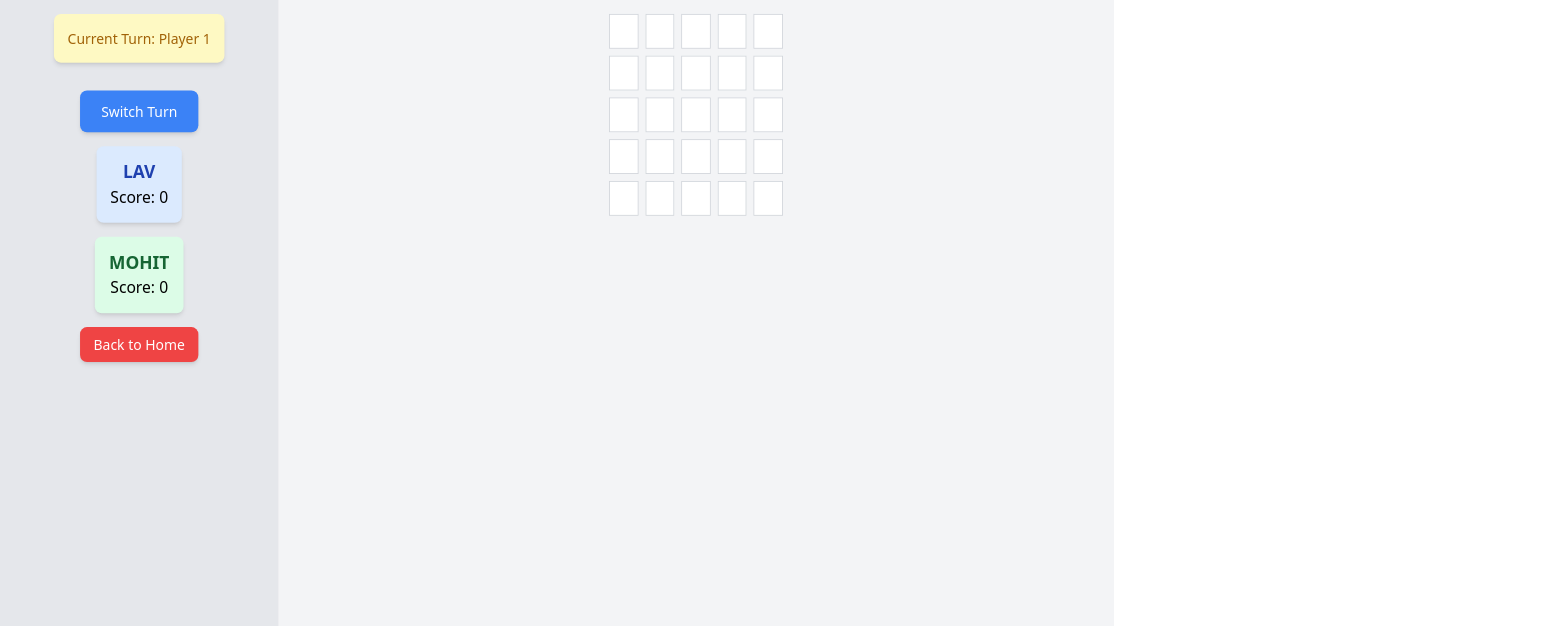
Repository: mohitagrawal0412/Lexicon-Duel
Page: /, after clicking the first element matching `button.px-4`
The author's editor kept a copy of each file at every save. The page is drawn from the files as they stood at one save, then again after the next save.
The browser window is 1280 px wide. The page is 1280 px wide, then 1798 px, so the pictures cover 1798 px, including what lies to the right of the window. The pictures show the whole page, at 87% of full size.
The project was rebuilt for these pictures with package versions that can differ from the ones it lists, and the page was loaded fresh each time. Also part of the build but not shown: vite.config.js.

Above is the page before, as saved 2025-01-21 21:30:25.

### src/App.jsx
import { useState } from 'react'
import HomePage from './HomePage'

function App() {
  const [count, setCount] = useState(0)


  return (
    <>


      <HomePage />
    </>
  )
}

export default App

### src/HomePage.jsx
import React, { useState } from 'react';
import Grid from './Grid';

const HomePage = () => {
    const [gridSize, setGridSize] = useState(5); // Default grid size is 5x5
    const [showGrid, setShowGrid] = useState(false); // Toggle between home and grid

    // Render Grid if `showGrid` is true
    if (showGrid) {
        return <Grid size={gridSize} onBack={() => setShowGrid(false)} />;
    }

    // Render Home Page
    return (
        <>
            <div className="flex flex-col items-center justify-center min-h-screen bg-gray-100">
                {/* Title */}
                <p className="bg-red-500 text-center text-teal-400 text-2xl font-semibold p-4 rounded-lg shadow-md mb-6">
                    Welcome to Word Game
                </p>

                {/* Size Selector */}
                <p className="text-lg font-bold mb-4 text-gray-700">Select Grid Size</p>
                <div className="flex flex-wrap justify-center space-x-4 mb-6">
                    <button
                        className="px-4 py-2 bg-blue-500 text-white font-medium rounded-lg shadow-md hover:bg-blue-600 focus:outline-none focus:ring-2 focus:ring-blue-400"
                        onClick={() => {
                            setGridSize(5);
                            setShowGrid(true);
                        }}
                    >
                        5x5
                    </button>
                    <button
                        className="px-4 py-2 bg-green-500 text-white font-medium rounded-lg shadow-md hover:bg-green-600 focus:outline-none focus:ring-2 focus:ring-green-400"
                        onClick={() => {
                            setGridSize(6);
                            setShowGrid(true);
                        }}
                    >
                        6x6
                    </button>
                    <button
                        className="px-4 py-2 bg-purple-500 text-white font-medium rounded-lg shadow-md hover:bg-purple-600 focus:outline-none focus:ring-2 focus:ring-purple-400"
                        onClick={() => {
                            setGridSize(7);
                            setShowGrid(true);
                        }}
                    >
                        7x7
                    </button>
                    <button
                        className="px-4 py-2 bg-yellow-500 text-white font-medium rounded-lg shadow-md hover:bg-yellow-600 focus:outline-none focus:ring-2 focus:ring-yellow-400"
                        onClick={() => {
                            setGridSize(8);
                            setShowGrid(true);
                        }}
                    >
                        8x8
                    </button>
                    <button
                        className="px-4 py-2 bg-indigo-500 text-white font-medium rounded-lg shadow-md hover:bg-indigo-600 focus:outline-none focus:ring-2 focus:ring-indigo-400"
                        onClick={() => {
                            setGridSize(9);
                            setShowGrid(true);
                        }}
                    >
                        9x9
                    </button>
                    <button
                        className="px-4 py-2 bg-teal-500 text-white font-medium rounded-lg shadow-md hover:bg-teal-600 focus:outline-none focus:ring-2 focus:ring-teal-400"
                        onClick={() => {
                            setGridSize(10);
                            setShowGrid(true);
                        }}
                    >
                        10x10
                    </button>
                    <button
                        className="px-4 py-2 bg-orange-500 text-white font-medium rounded-lg shadow-md hover:bg-orange-600 focus:outline-none focus:ring-2 focus:ring-orange-400"
                        onClick={() => {
                            setGridSize(11);
                            setShowGrid(true);
                        }}
                    >
                        11x11
                    </button>
                    <button
                        className="px-4 py-2 bg-pink-500 text-white font-medium rounded-lg shadow-md hover:bg-pink-600 focus:outline-none focus:ring-2 focus:ring-pink-400"
                        onClick={() => {
                            setGridSize(12);
                            setShowGrid(true);
                        }}
                    >
                        12x12
                    </button>
                </div>
            </div>
        </>

    );
};

export default HomePage;

### src/Grid.jsx
import React, { useState } from 'react';

const Grid = ({ size, onBack }) => {
    const [gridData, setGridData] = useState(
        Array.from({ length: size * size }, () => "")
    );
    const [selectedIndices, setSelectedIndices] = useState([]);
    const [isSelecting, setIsSelecting] = useState(false);
    const [selectionDirection, setSelectionDirection] = useState(null);
    const [selectedWord, setSelectedWord] = useState("");
    const [error, setError] = useState(null);
    const [playerScores, setPlayerScores] = useState({ player1: 0, player2: 0 });
    const [currentPlayer, setCurrentPlayer] = useState(1);
    const [player1HasPlayed, setPlayer1HasPlayed] = useState(false);
    const [player2HasPlayed, setPlayer2HasPlayed] = useState(false);

    const handleInputChange = (index, value) => {
        const updatedGrid = [...gridData];
        updatedGrid[index] = value.toUpperCase().charAt(0);
        setGridData(updatedGrid);

        // Mark that a player has inserted a character
        if (currentPlayer === 1) {
            setPlayer1HasPlayed(true);
        } else {
            setPlayer2HasPlayed(true);
        }
    };

    const handleMouseDown = (index) => {
        setSelectedIndices([index]);
        setIsSelecting(true);
        setSelectionDirection(null);
        setError(null);
    };

    const handleMouseEnter = (index) => {
        if (isSelecting) {
            const startIndex = selectedIndices[0];
            const rowStart = Math.floor(startIndex / size);
            const colStart = startIndex % size;
            const rowCurrent = Math.floor(index / size);
            const colCurrent = index % size;

            if (!selectionDirection) {
                if (rowStart === rowCurrent) {
                    setSelectionDirection('horizontal');
                } else if (colStart === colCurrent) {
                    setSelectionDirection('vertical');
                }
            }

            if (selectionDirection === 'horizontal' && rowStart === rowCurrent) {
                const minCol = Math.min(colStart, colCurrent);
                const maxCol = Math.max(colStart, colCurrent);
                const newSelected = Array.from(
                    { length: maxCol - minCol + 1 },
                    (_, i) => rowStart * size + minCol + i
                );
                setSelectedIndices(newSelected);
            } else if (selectionDirection === 'vertical' && colStart === colCurrent) {
                const minRow = Math.min(rowStart, rowCurrent);
                const maxRow = Math.max(rowStart, rowCurrent);
                const newSelected = Array.from(
                    { length: maxRow - minRow + 1 },
                    (_, i) => (minRow + i) * size + colStart
                );
                setSelectedIndices(newSelected);
            }
        }
    };

    const handleMouseUp = () => {
        setIsSelecting(false);
        setSelectionDirection(null);
    };

    const handleKeyPress = (e) => {
        if (e.key === "Enter") {
            const selectedChars = selectedIndices.map((index) => gridData[index]);
            if (selectedChars.includes("")) {
                setError("Invalid word: One or more selected cells are empty");
                setSelectedWord("");
            } else {
                const word = selectedChars.join('');
                setSelectedWord(word);
                setError(null);

                const wordLength = word.length;

                // Add score only if word is selected and no error
                if (!error && wordLength > 0) {
                    setPlayerScores((prevScores) => ({
                        ...prevScores,
                        [`player${currentPlayer}`]: prevScores[`player${currentPlayer}`] + wordLength,
                    }));
                }

                // Reset selected cells
                setSelectedIndices([]);
                setSelectedWord("");
            }
        }
    };

    // Switch player turn manually
    const handleSwitchTurn = () => {
        if ((currentPlayer === 1 && player1HasPlayed) || (currentPlayer === 2 && player2HasPlayed)) {
            setCurrentPlayer((prevPlayer) => (prevPlayer === 1 ? 2 : 1));
            setPlayer1HasPlayed(false);  // Reset the player 1 status
            setPlayer2HasPlayed(false);  // Reset the player 2 status
        } else {
            setError("Player must insert a character before switching turn");
        }
    };

    return (
        <div className="flex min-h-screen bg-gray-100">
            {/* Left Section for Player Info and Controls */}
            <div className="flex flex-col items-center p-4 space-y-4 w-1/4 bg-gray-200">
                {/* Current Player Indicator */}
                <div className="mb-4 p-4 bg-yellow-100 text-yellow-700 font-medium rounded-lg shadow-md">
                    <h3>Current Turn: Player {currentPlayer}</h3>
                </div>

                {/* Button to switch turn */}
                <button
                    onClick={handleSwitchTurn}
                    className="mt-4 px-6 py-3 bg-blue-500 text-white font-medium rounded-lg shadow-md hover:bg-blue-600 focus:outline-none focus:ring-2 focus:ring-blue-400"
                >
                    Switch Turn
                </button>

                {/* Player 1 Scorecard */}
                <div className="flex flex-col items-center bg-blue-100 p-4 rounded-lg shadow-md">
                    <h2 className="text-xl font-bold text-blue-800">LAV</h2>
                    <p className="text-lg font-medium">Score: {playerScores.player1}</p>
                </div>

                {/* Player 2 Scorecard */}
                <div className="flex flex-col items-center bg-green-100 p-4 rounded-lg shadow-md">
                    <h2 className="text-xl font-bold text-green-800">MOHIT</h2>
                    <p className="text-lg font-medium">Score: {playerScores.player2}</p>
                </div>

                <button
                    onClick={onBack}
                    className="px-4 py-2 bg-red-500 text-white font-medium rounded-lg shadow-md hover:bg-red-600 focus:outline-none focus:ring-2 focus:ring-red-400"
                >
                    Back to Home
                </button>
            </div>

            {/* Right Section for the Grid */}
            <div className="flex-1 flex flex-col items-center p-4">
                {/* Error Display */}
                {error && (
                    <div className="mb-4 p-4 bg-red-100 text-red-700 font-medium rounded-lg shadow-md">
                        {error}
                    </div>
                )}

                {/* Selected Word Display */}
                {selectedWord && !error && (
                    <div className="mb-4 p-4 bg-green-100 text-green-700 font-medium rounded-lg shadow-md">
                        Selected Word: {selectedWord}
                    </div>
                )}

                {/* Grid */}
                <div
                    className={`grid gap-2`}
                    style={{
                        gridTemplateColumns: `repeat(${size}, minmax(0, 1fr))`,
                        width: `${size * 40}px`,
                    }}
                >
                    {gridData.map((cell, index) => (
                        <input
                            key={index}
                            type="text"
                            maxLength="1"
                            value={cell}
                            onChange={(e) => handleInputChange(index, e.target.value)}
                            onMouseDown={() => handleMouseDown(index)}
                            onMouseEnter={() => handleMouseEnter(index)}
                            onMouseUp={handleMouseUp}
                            className={`flex items-center justify-center border border-gray-300 bg-white h-10 text-gray-700 font-medium text-center uppercase focus:outline-none focus:ring-2 ${selectedIndices.includes(index)
                                ? 'bg-blue-200'
                                : ''
                                }`}
                        />
                    ))}
                </div>
            </div>
        </div>
    );
};

export default Grid;

Loaded but not shown: index.html (common file); src/main.jsx (common file); src/index.css (common file); tailwind.config.js (common file)

After the next save:
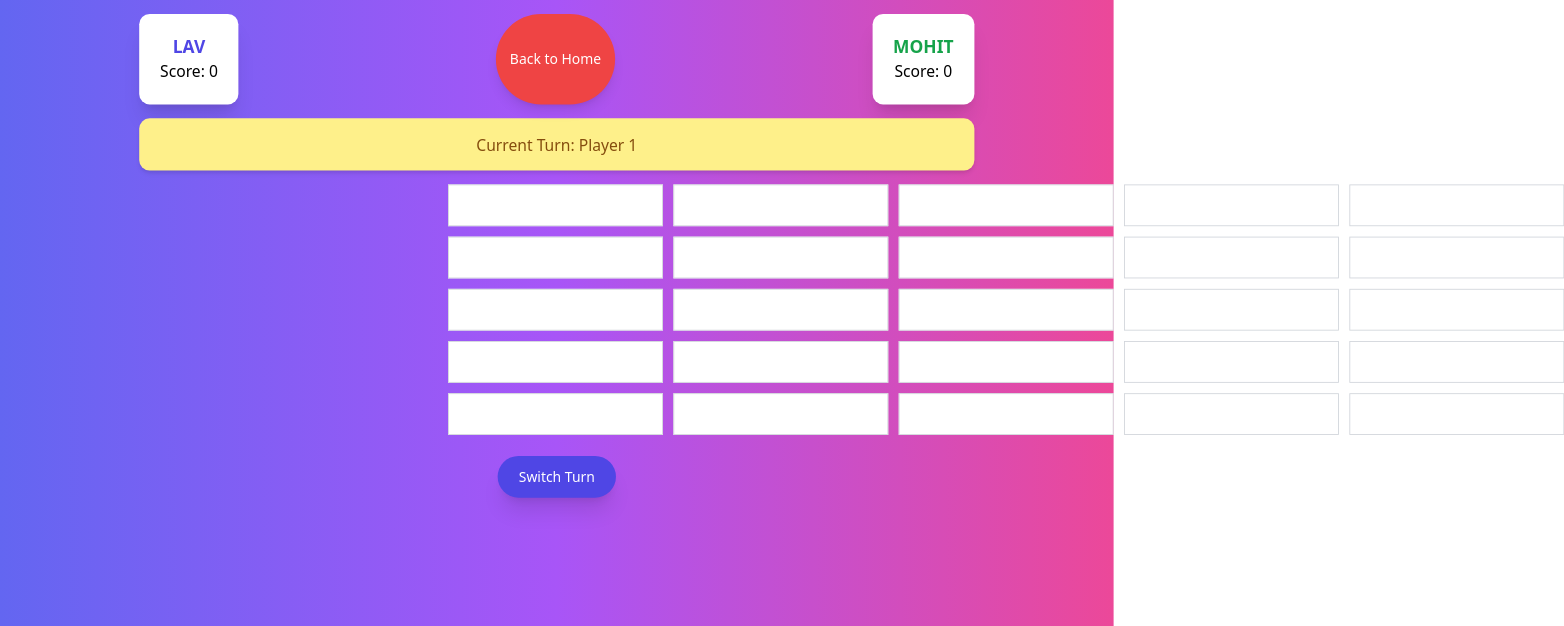
Saved 28 s later.
--- a/src/Grid.jsx
+++ b/src/Grid.jsx
@@ -115,84 +115,84 @@ const Grid = ({ size, onBack }) => {
     };
 
     return (
-        <div className="flex min-h-screen bg-gray-100">
-            {/* Left Section for Player Info and Controls */}
-            <div className="flex flex-col items-center p-4 space-y-4 w-1/4 bg-gray-200">
-                {/* Current Player Indicator */}
-                <div className="mb-4 p-4 bg-yellow-100 text-yellow-700 font-medium rounded-lg shadow-md">
-                    <h3>Current Turn: Player {currentPlayer}</h3>
-                </div>
-
-                {/* Button to switch turn */}
-                <button
-                    onClick={handleSwitchTurn}
-                    className="mt-4 px-6 py-3 bg-blue-500 text-white font-medium rounded-lg shadow-md hover:bg-blue-600 focus:outline-none focus:ring-2 focus:ring-blue-400"
-                >
-                    Switch Turn
-                </button>
-
+        <div
+            className="flex flex-col items-center min-h-screen bg-gradient-to-r from-indigo-500 via-purple-500 to-pink-500"
+            tabIndex={0}
+            onKeyDown={handleKeyPress}
+        >
+            <div className="flex justify-between w-full px-8 my-4 max-w-5xl">
                 {/* Player 1 Scorecard */}
-                <div className="flex flex-col items-center bg-blue-100 p-4 rounded-lg shadow-md">
-                    <h2 className="text-xl font-bold text-blue-800">LAV</h2>
+                <div className="flex flex-col items-center bg-white p-6 rounded-xl shadow-xl">
+                    <h2 className="text-xl font-semibold text-indigo-600">LAV</h2>
                     <p className="text-lg font-medium">Score: {playerScores.player1}</p>
-                </div>
-
-                {/* Player 2 Scorecard */}
-                <div className="flex flex-col items-center bg-green-100 p-4 rounded-lg shadow-md">
-                    <h2 className="text-xl font-bold text-green-800">MOHIT</h2>
-                    <p className="text-lg font-medium">Score: {playerScores.player2}</p>
                 </div>
 
                 <button
                     onClick={onBack}
-                    className="px-4 py-2 bg-red-500 text-white font-medium rounded-lg shadow-md hover:bg-red-600 focus:outline-none focus:ring-2 focus:ring-red-400"
+                    className="px-4 py-2 bg-red-500 text-white font-medium rounded-full shadow-lg hover:bg-red-600 focus:outline-none focus:ring-2 focus:ring-red-400 transition-all ease-in-out duration-300 transform hover:scale-105"
                 >
                     Back to Home
                 </button>
+
+                {/* Player 2 Scorecard */}
+                <div className="flex flex-col items-center bg-white p-6 rounded-xl shadow-xl">
+                    <h2 className="text-xl font-semibold text-green-600">MOHIT</h2>
+                    <p className="text-lg font-medium">Score: {playerScores.player2}</p>
+                </div>
             </div>
 
-            {/* Right Section for the Grid */}
-            <div className="flex-1 flex flex-col items-center p-4">
-                {/* Error Display */}
-                {error && (
-                    <div className="mb-4 p-4 bg-red-100 text-red-700 font-medium rounded-lg shadow-md">
-                        {error}
-                    </div>
-                )}
-
-                {/* Selected Word Display */}
-                {selectedWord && !error && (
-                    <div className="mb-4 p-4 bg-green-100 text-green-700 font-medium rounded-lg shadow-md">
-                        Selected Word: {selectedWord}
-                    </div>
-                )}
-
-                {/* Grid */}
-                <div
-                    className={`grid gap-2`}
-                    style={{
-                        gridTemplateColumns: `repeat(${size}, minmax(0, 1fr))`,
-                        width: `${size * 40}px`,
-                    }}
-                >
-                    {gridData.map((cell, index) => (
-                        <input
-                            key={index}
-                            type="text"
-                            maxLength="1"
-                            value={cell}
-                            onChange={(e) => handleInputChange(index, e.target.value)}
-                            onMouseDown={() => handleMouseDown(index)}
-                            onMouseEnter={() => handleMouseEnter(index)}
-                            onMouseUp={handleMouseUp}
-                            className={`flex items-center justify-center border border-gray-300 bg-white h-10 text-gray-700 font-medium text-center uppercase focus:outline-none focus:ring-2 ${selectedIndices.includes(index)
-                                ? 'bg-blue-200'
-                                : ''
-                                }`}
-                        />
-                    ))}
-                </div>
+            {/* Current Player Indicator */}
+            <div className="mb-4 p-4 bg-yellow-200 text-yellow-800 font-medium rounded-xl shadow-md w-3/4 text-center">
+                <h3 className="text-lg">Current Turn: Player {currentPlayer}</h3>
             </div>
+
+            {/* Error Display */}
+            {error && (
+                <div className="mb-4 p-4 bg-red-100 text-red-700 font-medium rounded-xl shadow-md w-3/4 text-center">
+                    {error}
+                </div>
+            )}
+
+            {/* Selected Word Display */}
+            {selectedWord && !error && (
+                <div className="mb-4 p-4 bg-green-100 text-green-700 font-medium rounded-xl shadow-md w-3/4 text-center">
+                    Selected Word: {selectedWord}
+                </div>
+            )}
+
+            {/* Grid */}
+            <div
+                className={`grid gap-3`}
+                style={{
+                    gridTemplateColumns: `repeat(${size}, 1fr)`,
+                    width: `${size * 50}px`,
+                }}
+            >
+                {gridData.map((cell, index) => (
+                    <input
+                        key={index}
+                        type="text"
+                        maxLength="1"
+                        value={cell}
+                        onChange={(e) => handleInputChange(index, e.target.value)}
+                        onMouseDown={() => handleMouseDown(index)}
+                        onMouseEnter={() => handleMouseEnter(index)}
+                        onMouseUp={handleMouseUp}
+                        className={`flex items-center justify-center border border-gray-300 bg-white h-12 text-gray-800 font-bold text-center uppercase focus:outline-none focus:ring-2 focus:ring-indigo-500 ${selectedIndices.includes(index)
+                            ? 'bg-indigo-200'
+                            : ''
+                            } transition-all ease-in-out duration-300 transform hover:scale-105 hover:bg-indigo-50`}
+                    />
+                ))}
+            </div>
+
+            {/* Button to switch turn */}
+            <button
+                onClick={handleSwitchTurn}
+                className="mt-6 px-6 py-3 bg-indigo-600 text-white font-medium rounded-full shadow-xl hover:bg-indigo-700 focus:outline-none focus:ring-2 focus:ring-indigo-400 transition-all ease-in-out duration-300 transform hover:scale-105"
+            >
+                Switch Turn
+            </button>
         </div>
     );
 };
